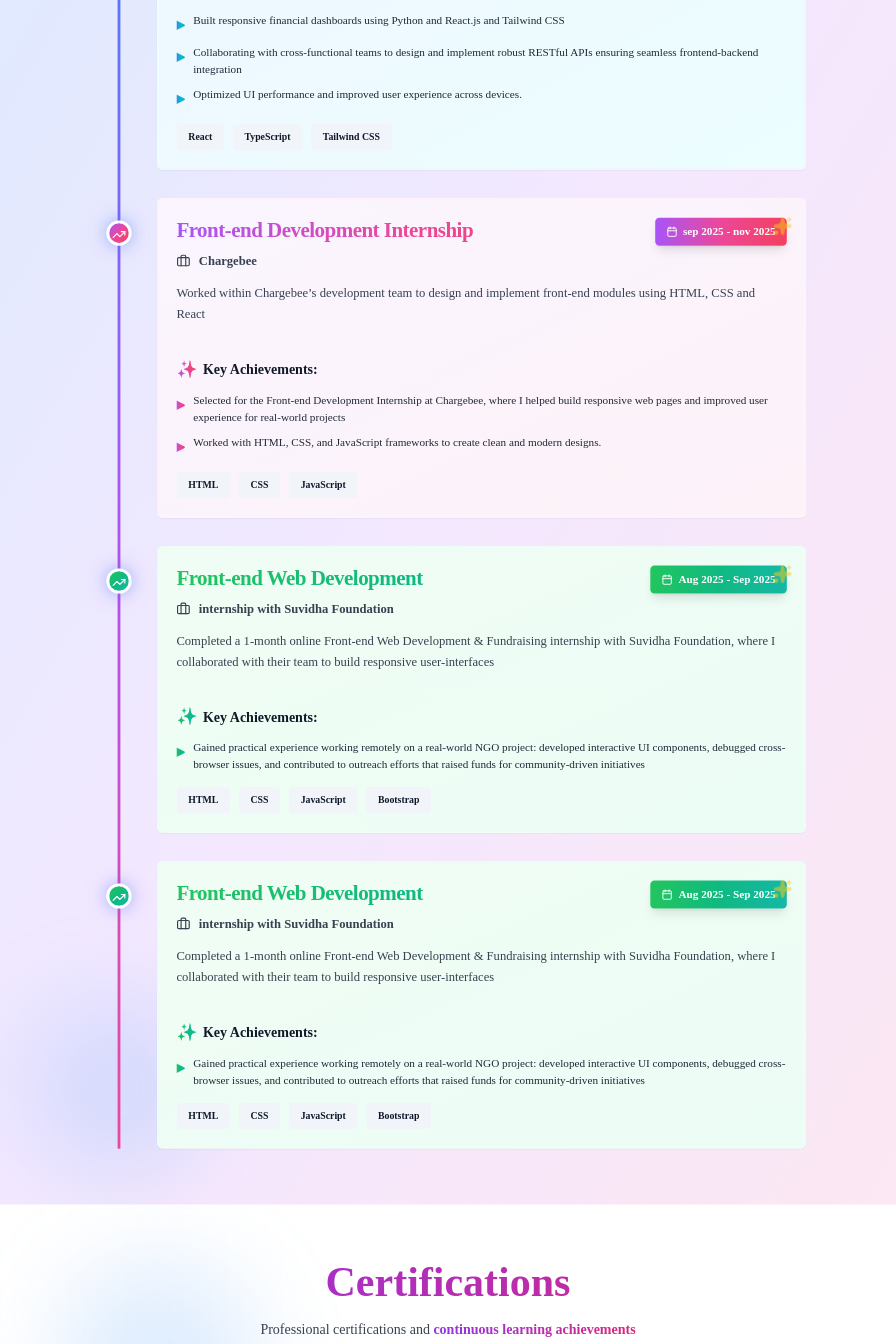
Repository: sm6746/PORTFOLIO
Page: /
An editor plug-in stored every save of this project. The page is shown before and after the next save, followed by the edit.
The browser window is 1280 px wide. The pictures show the part of the page from y = 4580 to 6500 px (the page is 8644 px tall before and 8707 px after), at 70% of full size.
The project was rebuilt for these pictures with package versions that can differ from the ones it lists, and the page was loaded fresh each time. Also part of the build but not shown: vite.config.ts.

Above is the page before, as saved 2025-11-24 23:09:10.

After the next save:
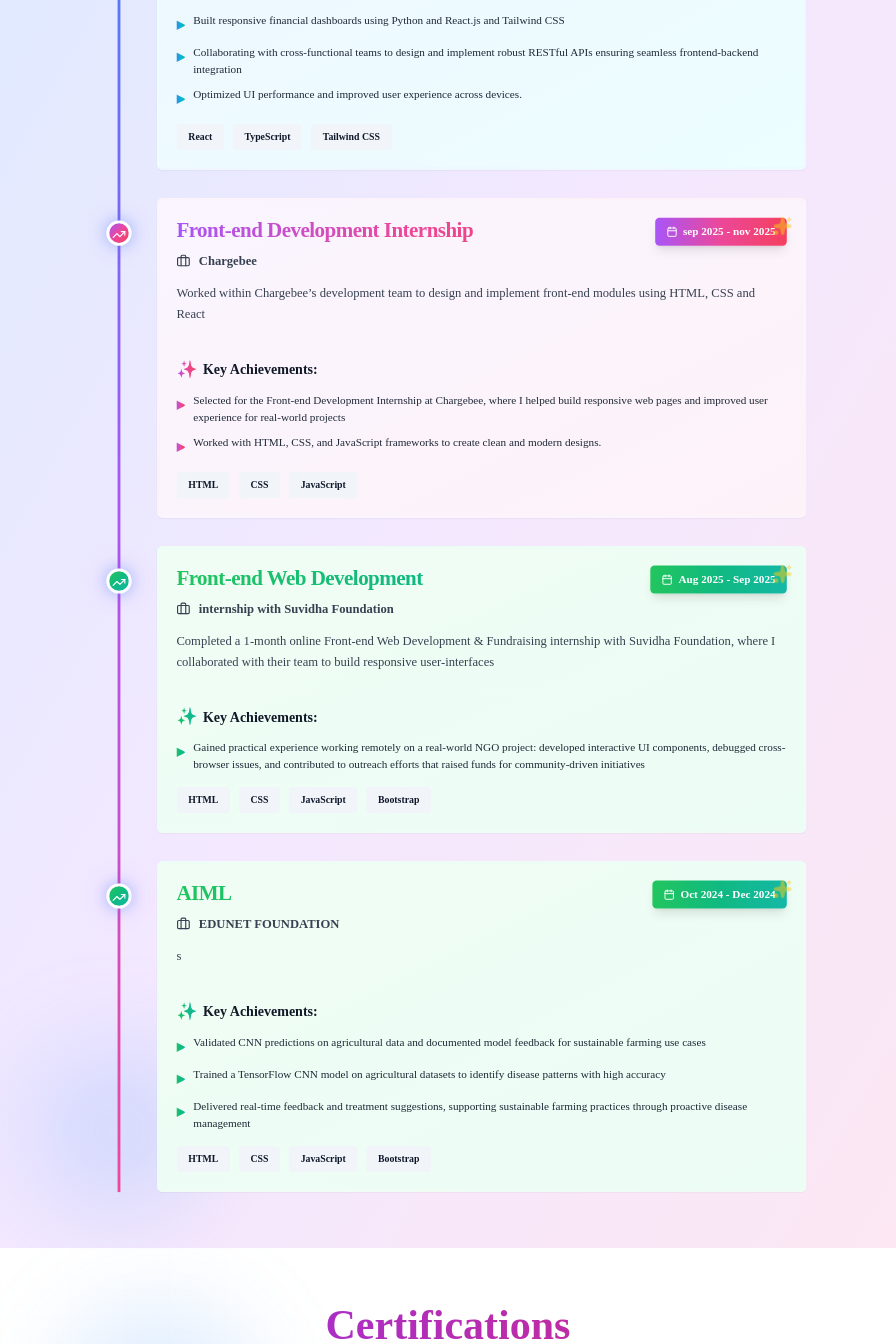
Saved 2 min 32 s later.
--- a/components/experience-section.tsx
+++ b/components/experience-section.tsx
@@ -48,12 +48,13 @@ export function ExperienceSection() {
       bgGradient: 'from-green-50 to-emerald-50 dark:from-green-950/50 dark:to-emerald-950/50',
     },
     {
-      title: 'Front-end Web Development',
-      company: 'internship with Suvidha Foundation',
-      period: 'Aug 2025 - Sep 2025',
-      description: 'Completed a 1‐month online Front-end Web Development & Fundraising internship with Suvidha Foundation, where I collaborated with their team to build responsive user-interfaces',
-      achievements: [
-        'Gained practical experience working remotely on a real-world NGO project: developed interactive UI components, debugged cross-browser issues, and contributed to outreach efforts that raised funds for community-driven initiatives',
+      title: 'AIML',
+      company: 'EDUNET FOUNDATION',
+      period: 'Oct 2024 - Dec 2024',
+      description: 's',
+      achievements: ['Validated CNN predictions on agricultural data and documented model feedback for sustainable farming use cases',
+ 'Trained a TensorFlow CNN model on agricultural datasets to identify disease patterns with high accuracy',
+ 'Delivered real-time feedback and treatment suggestions, supporting sustainable farming practices through proactive disease management',
       ],
       tags: ['HTML', 'CSS', 'JavaScript', 'Bootstrap'],
       gradient: 'from-green-500 via-emerald-500 to-teal-500',
